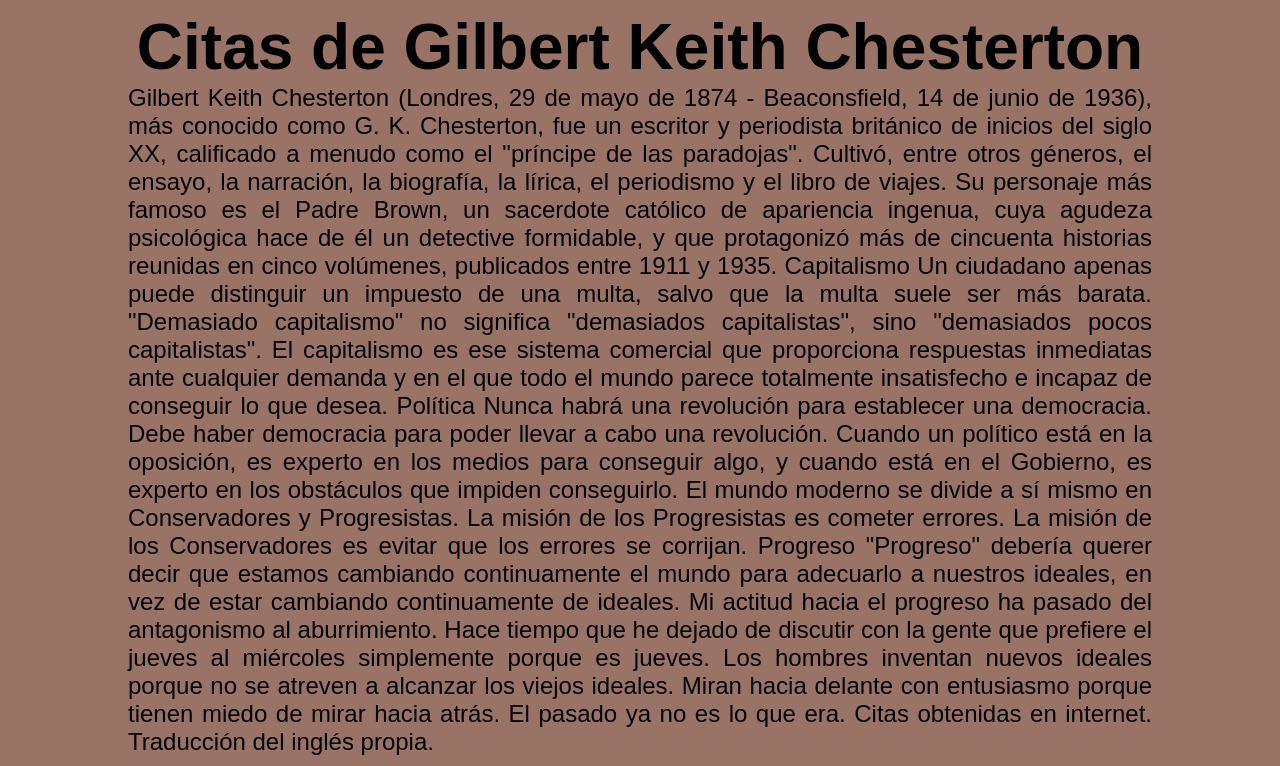
Repository: EmilyMachuca-Developer/Advanced-Programming-Projects
Page: index.html
The author's editor kept a copy of each file at every save. The page is drawn from the files as they stood at one save, then again after a run of saves.
The browser window is 1280 px wide. The pictures show the whole page.

Above is the page before, as saved 2024-02-26 20:14:16.

After the next 6 saves:
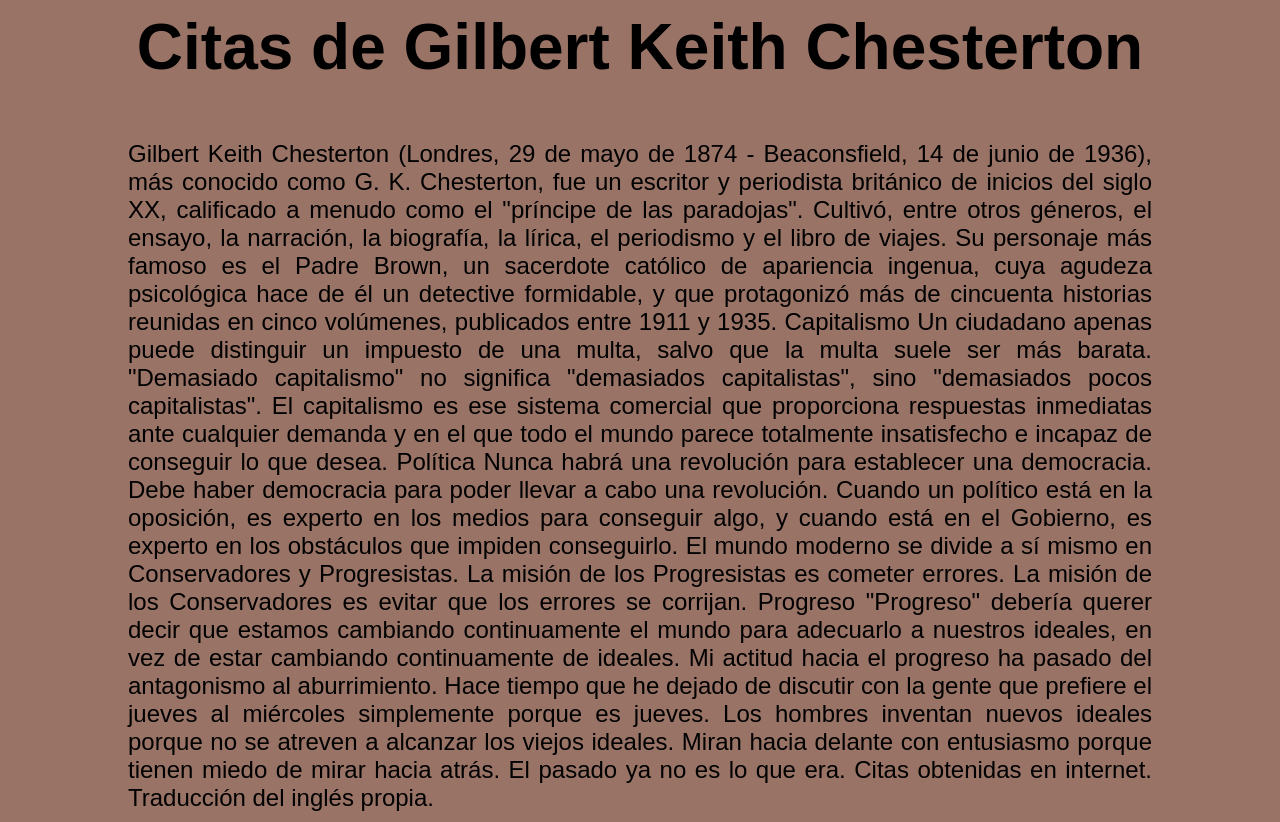
The 6 saves are shown as one change because they came seconds apart.
The last was saved 28 s later.
--- a/index.html
+++ b/index.html
@@ -6,7 +6,7 @@
 </head>
 
 <body>
-<h1>Citas de Gilbert Keith Chesterton</h1>
+<h1>Citas de Gilbert Keith Chesterton</h1> <br><br>
 
 Gilbert Keith Chesterton (Londres, 29 de mayo de 1874 - Beaconsfield, 14 de junio de 1936), más conocido como G. K. Chesterton, fue un escritor y periodista británico de inicios del siglo XX, calificado a menudo como el "príncipe de las paradojas". Cultivó, entre otros géneros, el ensayo, la narración, la biografía, la lírica, el periodismo y el libro de viajes.
 
